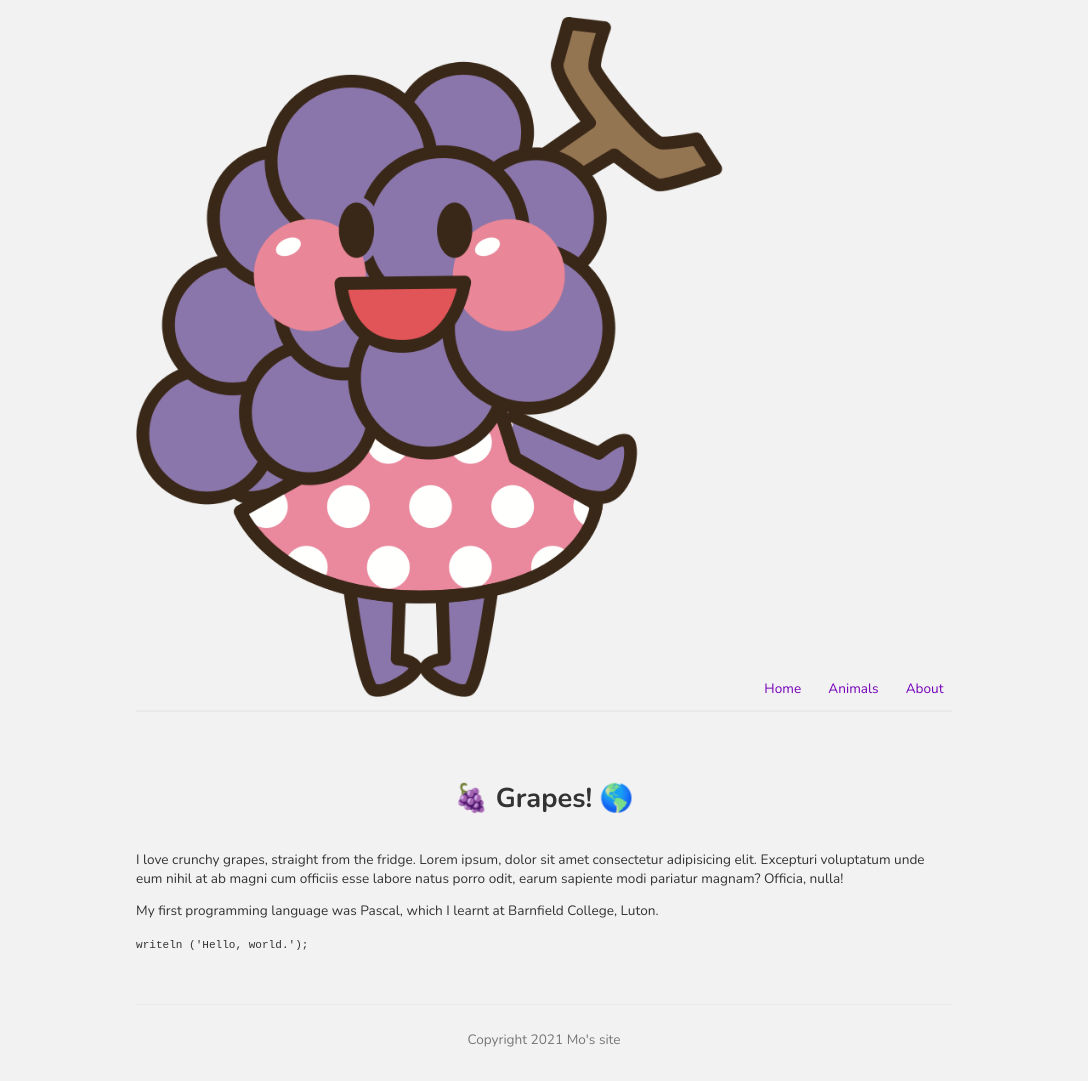
Repository: technogize/next-test-site
Page: /
An editor plug-in stored every save of this project. The page is shown before and after the next save, followed by the edit.
The browser window is 1280 px wide. The pictures show the whole page, at 85% of full size.
The project was rebuilt for these pictures with package versions that can differ from the ones it lists, and the page was loaded fresh each time. The framework's server and built-in components were replaced by stand-ins that run in the browser.

Above is the page before, as saved 2021-10-02 20:56:36.

### pages/index.js
import Head from 'next/head'
import styles from '../styles/Home.module.css'

export default function Home() {
  return (
    <div className={styles.container}>
      <Head>
        <title>Home | 🍇🌎 Grapeworld NextJS Site</title>
        <link rel="icon" href="/favicon.ico" />
      </Head>
      <main className={styles.main}>
        <h1 className={styles.title}>
          🍇 Grapes! 🌎
        </h1>
        <p>I love crunchy grapes, straight from the fridge. Lorem ipsum, dolor sit amet consectetur adipisicing elit. Excepturi voluptatum unde eum nihil at ab magni cum officiis esse labore natus porro odit, earum sapiente modi pariatur magnam? Officia, nulla!</p>
        <p>My first programming language was Pascal, which I learnt at Barnfield College, Luton.</p>
        <code className={styles.code}>
          writeln ('Hello, world.');
        </code>
      </main>
    </div>
  )
}

### styles/globals.css
@import url('https://fonts.googleapis.com/css2?family=Nunito:wght@300;400;600;700&display=swap');

body {
  background: #f2f2f2;
  color: #333;
  font-family: "Nunito";
}
a {
  color: rgb(117, 0, 185);
  text-decoration: none;
}
.content {
  max-width: 960px;
  margin: 0 auto;
}
nav {
  margin: 10px auto 80px;
  padding: 10px 0;
  display: flex;
  justify-content: flex-end;
  align-items: flex-end;
  border-bottom: 1px solid #ddd;
}
nav a {
  margin-left: 12px;
  padding: 5px 10px;
}
nav a:hover {
  background-color: #ddd;
}
nav .logo {
  margin-right: auto;
  cursor: pointer;
}
footer {
  display: block;
  text-align: center;
  padding: 30px 0;
  margin-top: 60px;
  color: #777;
  border-top: 1px solid #eaeaea;
}

### components/Layout.js
import React from 'react'
import Navbar from '../components/Navbar'
import Footer from '../components/Footer'

const Layout = props => {
    const { children } = props

    return (
        <div className='content'>
            <Navbar />
            {children}
            <Footer />
        </div>
    )
}

export default Layout

### styles/Home.module.css
.title {
  color: #333;
  padding-bottom: 20px;
  text-align: center;
}
.text {
  color: rgb(66, 61, 61);
}
.btn {
  display: block;
  width: 150px;
  padding: 8px 0;
  margin: 20px auto;
  background: rgb(46, 46, 46);
  border-radius: 4px;
  color: white;
  text-align: center;
}

.btn:hover {
  background: rgb(117, 117, 117);
}

### components/Navbar.js
import React from 'react'
import Link from 'next/link'

const Navbar = () => {
    return (
        <nav>
            <Link href="/">
                <div className='logo'>
                    <img src='/img/grape-logo.png' />
                </div>
            </Link>
            <Link href="/">Home</Link>
            <Link href="/animals">Animals</Link>
            <Link href="/about">About</Link>
        </nav>
    )
}

export default Navbar

### components/Footer.js
import React from 'react'

const Footer = () => {
    return (
        <footer className='Footer'>
            Copyright 2021 Mo's site
        </footer>
    )
}

export default Footer

Loaded but not shown: pages/_app.js (common file)

After the next save:
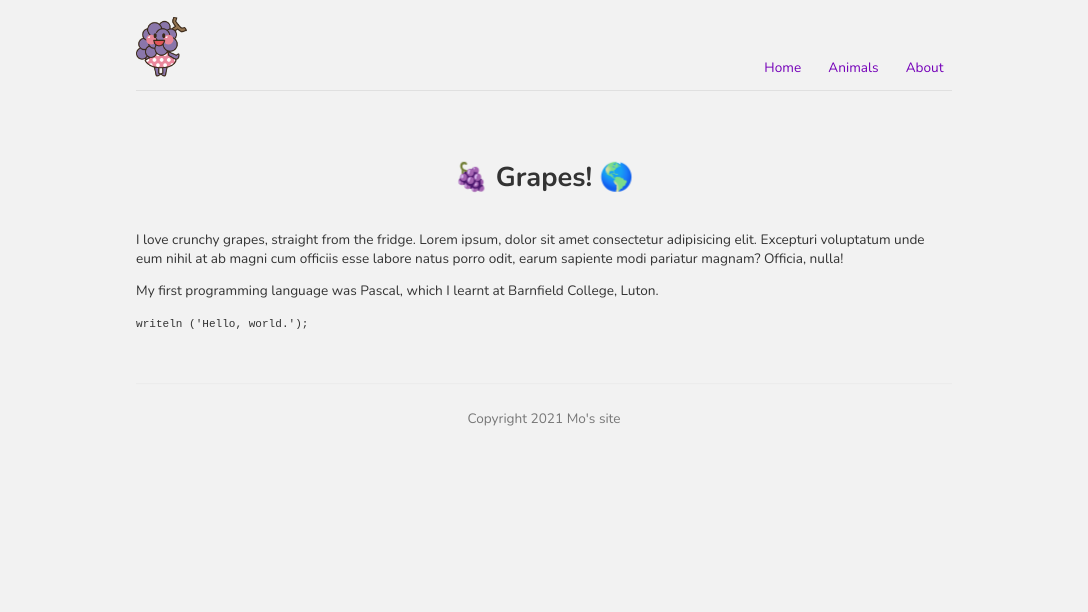
Saved 52 s later.
--- a/styles/globals.css
+++ b/styles/globals.css
@@ -32,6 +32,9 @@ nav .logo {
   margin-right: auto;
   cursor: pointer;
 }
+nav .logo img {
+  height: 70px;
+}
 footer {
   display: block;
   text-align: center;
